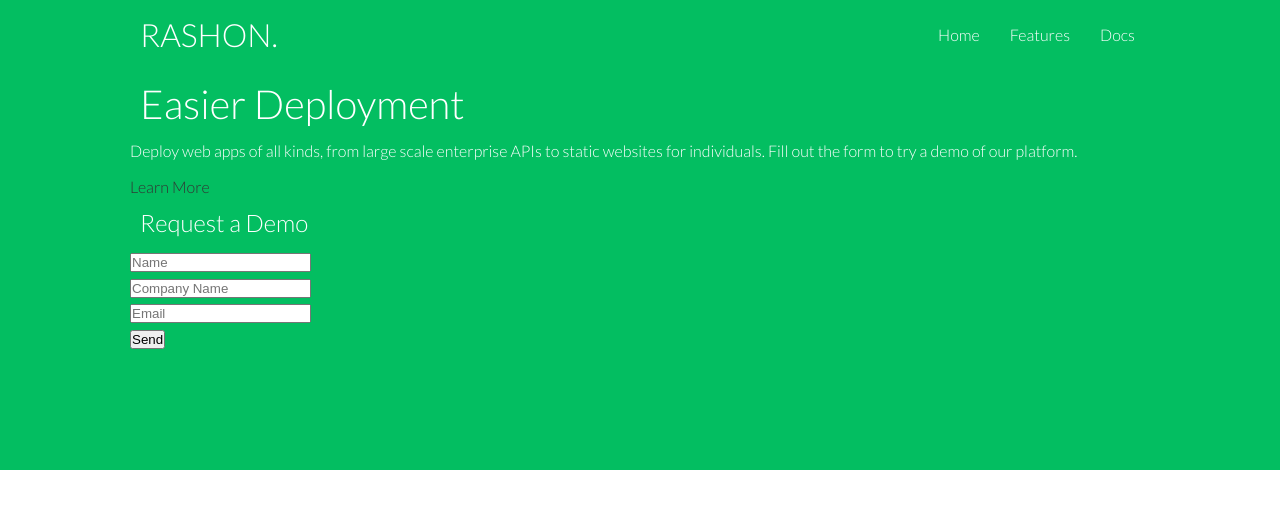
Repository: Skilis/website-modern
Page: index.html
An editor plug-in stored every save of this project. The page is shown before and after the next save, followed by the edit.
The browser window is 1280 px wide. The pictures show the whole page.

Above is the page before, as saved 2020-10-23 13:18:40.

### index.html
<!DOCTYPE html>
<html lang="en">

<head>
  <meta charset="UTF-8">
  <meta name="viewport" content="width=device-width, initial-scale=1.0">
  <link rel="stylesheet" href="https://cdnjs.cloudflare.com/ajax/libs/font-awesome/5.15.1/css/all.min.css"
    integrity="sha512-+4zCK9k+qNFUR5X+cKL9EIR+ZOhtIloNl9GIKS57V1MyNsYpYcUrUeQc9vNfzsWfV28IaLL3i96P9sdNyeRssA=="
    crossorigin="anonymous" />
  <link rel="stylesheet" href="css/style.css">
  <title>Rashon | Cloud Hosting For The SuperPhly</title>
</head>

<body>
  <!-- Navbar-->
  <div class="navbar">
    <div class="container flex">
      <h1 class="logo">RASHON.</h1>
      <nav>
        <ul>
          <li><a href="index.html">Home</a></li>
          <li><a href="features.html">Features</a></li>
          <li><a href="docs.html">Docs</a></li>
        </ul>
      </nav>
    </div>

  </div>

  <!-- Showcase-->

  <section class="showcase">
    <div class="container grid">
      <div class="showcase-text">
        <h1>Easier Deployment</h1>
        <p>Deploy web apps of all kinds, from large scale enterprise APIs to static websites for individuals. Fill out
          the form to try a demo of our platform.</p>
        <a href="features.html" class="btn btn-outline">Learn More</a>
      </div>

      <div clas="showcase-form card">
        <h2>Request a Demo</h2>
        <form>
          <div class="form-control">
            <input type="text" name="name" placeholder="Name" required>
          </div>
          <div class="form-control">
            <input type="text" name="company" placeholder="Company Name" required>
          </div>
          <div class="form-control">
            <input type="email" name="email" placeholder="Email" required>
          </div>
          <input type="submit" value="Send" class="btn btn-primary">
        </form>
      </div>
    </div>

  </section>
</body>

</html>

### css/style.css
@import url('https://fonts.googleapis.com/css2?family=Lato:wght@300&display=swap');

:root {
  --primary-color: #03be61;
}

* {
  box-sizing: border-box;
  padding: 0;
  margin: 0;
}

body {
  font-family: 'Lato', sans-serif;
  color: #333;
  line-height: 1.6;
}

ul {
  list-style-type: none;
}

a {
  text-decoration: none;
  color: #333;
}

h1,
h2 {
  font-weight: 300;
  line-height: 1.2;
  margin: 10px;
}

p {
  margin: 10px 0;
}

img {
  width: 100%;
}

/* Navrbar*/

.navbar {
  background-color: var(--primary-color);
  color: #fff;
  height: 70px;
}

.navbar ul {
  display: flex;
}

.navbar a {
  color: #fff;
  padding: 10px;
  margin: 0 5px;
}

.navbar a:hover {
  border-bottom: 2px white solid;
}

.navbar .flex {
  justify-content: space-between;
}

/* Showcase*/

.showcase {
  height: 400px;
  background-color: var(--primary-color);
  color: white;
  position: relative;
}

.showcase h1 {
  font-size: 40px;
}

.showcase p {
  p {
    margin: 20px 0;
  }
}

/* Utilities*/

.container {
  max-width: 1100px;
  margin: 0 auto;
  overflow: auto;
  padding: 0 40px;
}

.flex {
  display: flex;
  justify-content: center;
  align-items: center;
  height: 100%;
}

After the next save:
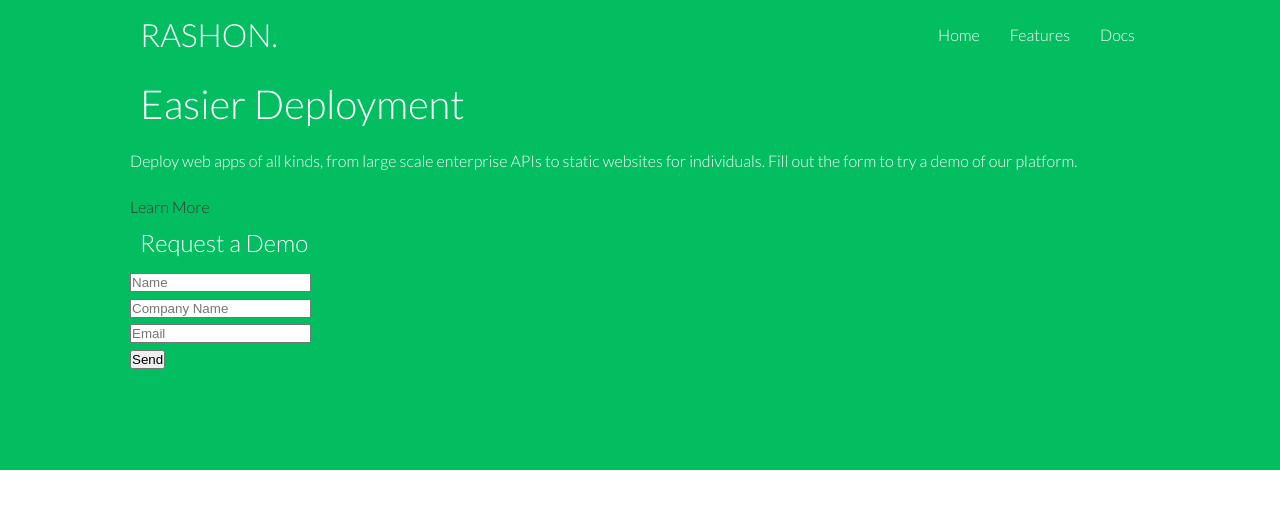
Saved 12 s later.
--- a/css/style.css
+++ b/css/style.css
@@ -80,9 +80,9 @@
 }
 
 .showcase p {
-  p {
-    margin: 20px 0;
-  }
+
+  margin: 20px 0;
+
 }
 
 /* Utilities*/
